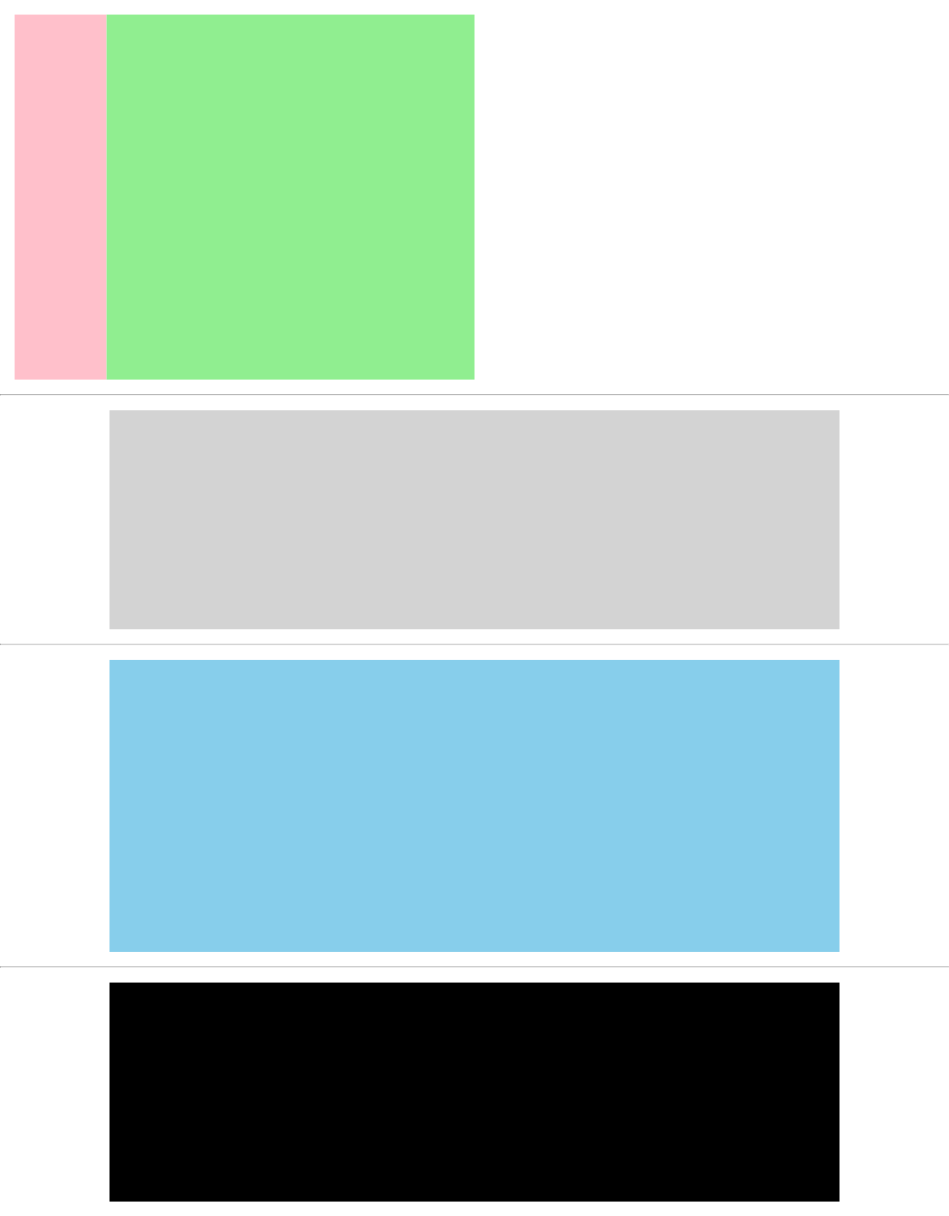
Repository: kosu0703/02-web-study
Page: http://localhost/01_html/test/detail.jsp
The author's editor kept a copy of each file at every save. The page is drawn from the files as they stood at one save, then again after the next save.
The browser window is 1280 px wide. The page is 1300 px wide, so the pictures cover 1300 px, including what lies to the right of the window. The pictures show the whole page, at 73% of full size.
Some web fonts or font styles are not loaded; a fallback is used. The page is served by Tomcat 9.

Above is the page before, as saved 2024-04-30 09:57:08.

### 01_html/src/main/webapp/test/detail.jsp
<%@ page language="java" contentType="text/html; charset=UTF-8"
	pageEncoding="UTF-8"%>
<!DOCTYPE html>
<html>
<head>
<meta charset="UTF-8">
<title>Insert title here</title>
<link rel="stylesheet" type="text/css" href="./detail.css">
<link rel="preconnect" href="https://fonts.googleapis.com">
<link rel="preconnect" href="https://fonts.gstatic.com" crossorigin>
<link href="https://fonts.googleapis.com/css2?family=Gamja+Flower&display=swap" rel="stylesheet">
</head>
<body>

	<section style="width: 1300px; margin: 0 auto;">
		<div class="ko_detail">
			<div class="detail_main">
				<div class="main_image">

				</div>
				<div class="main_content">

				</div>
			</div>
			<hr>
			<div class="detail_content">

			</div>
			<hr>
			<div class="detail_map">

			</div>
			<hr>
			<div class="detail_path">

			</div>
		</div>
	</section>

</body>
</html>

### 01_html/src/main/webapp/test/detail.css
*{
	margin: 0;
	padding: 0;
	box-sizing: border-box;
}

.detail_main {
	margin: 20px;
	display: grid;
	grid-template-columns: 1fr 4fr 4fr 1fr;
}

.main_image {
	height: 500px;
	background-color: pink;
}

.main_content {
	height: 500px;
	background-color: lightgreen;
}

.detail_content {
	margin: 20px auto;
	width: 1000px;
	height: 300px;
	background-color: lightgray;
}

.detail_map {
	margin: 20px auto;
	width: 1000px;
	height: 400px;
	background-color: skyblue;
}

.detail_path {
	margin: 20px auto;
	width: 1000px;
	height: 300px;
	background-color: black;
}

After the next save:
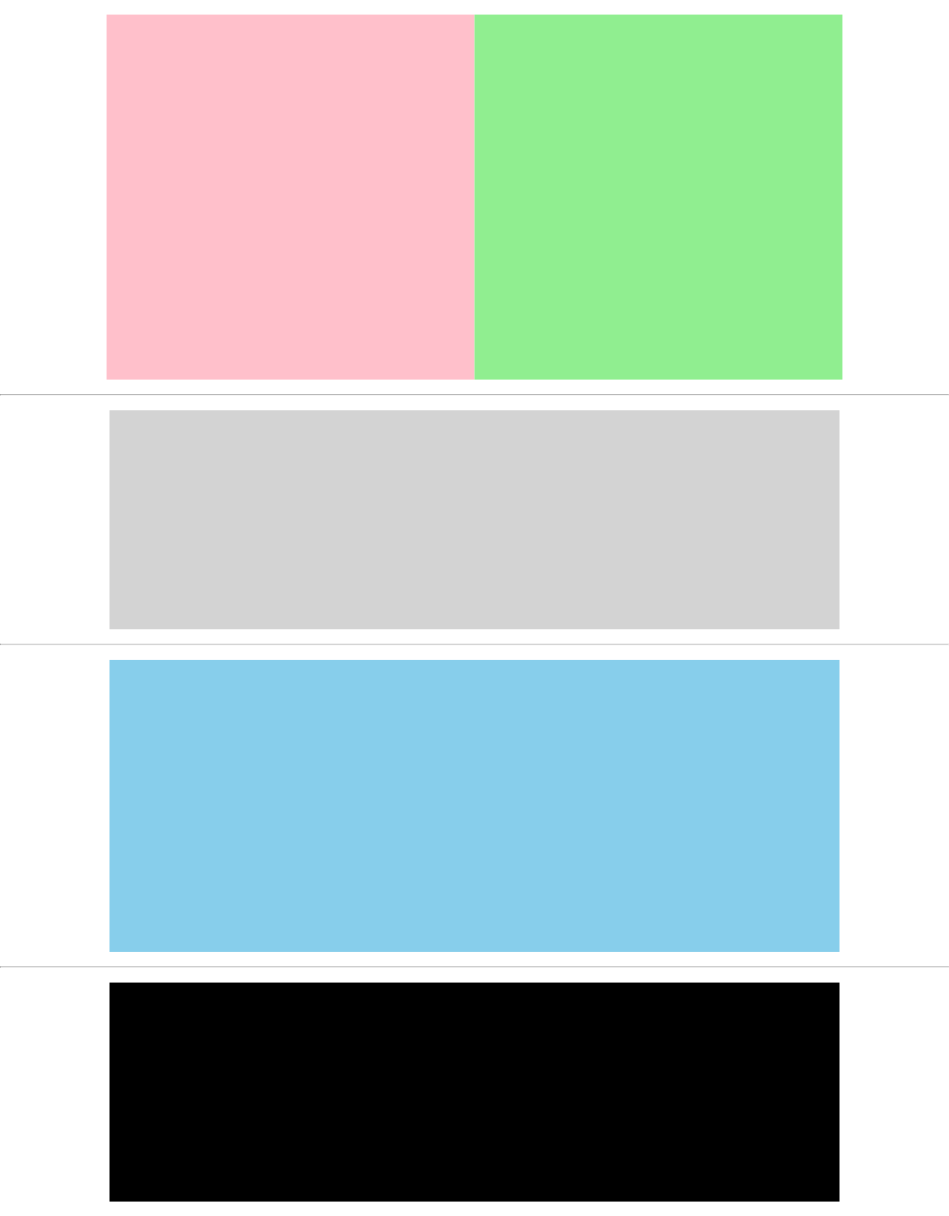
Saved 16 s later.
--- a/01_html/src/main/webapp/test/detail.jsp
+++ b/01_html/src/main/webapp/test/detail.jsp
@@ -15,12 +15,14 @@
 	<section style="width: 1300px; margin: 0 auto;">
 		<div class="ko_detail">
 			<div class="detail_main">
+				<div></div>
 				<div class="main_image">
 
 				</div>
 				<div class="main_content">
 
 				</div>
+				<div></div>
 			</div>
 			<hr>
 			<div class="detail_content">
